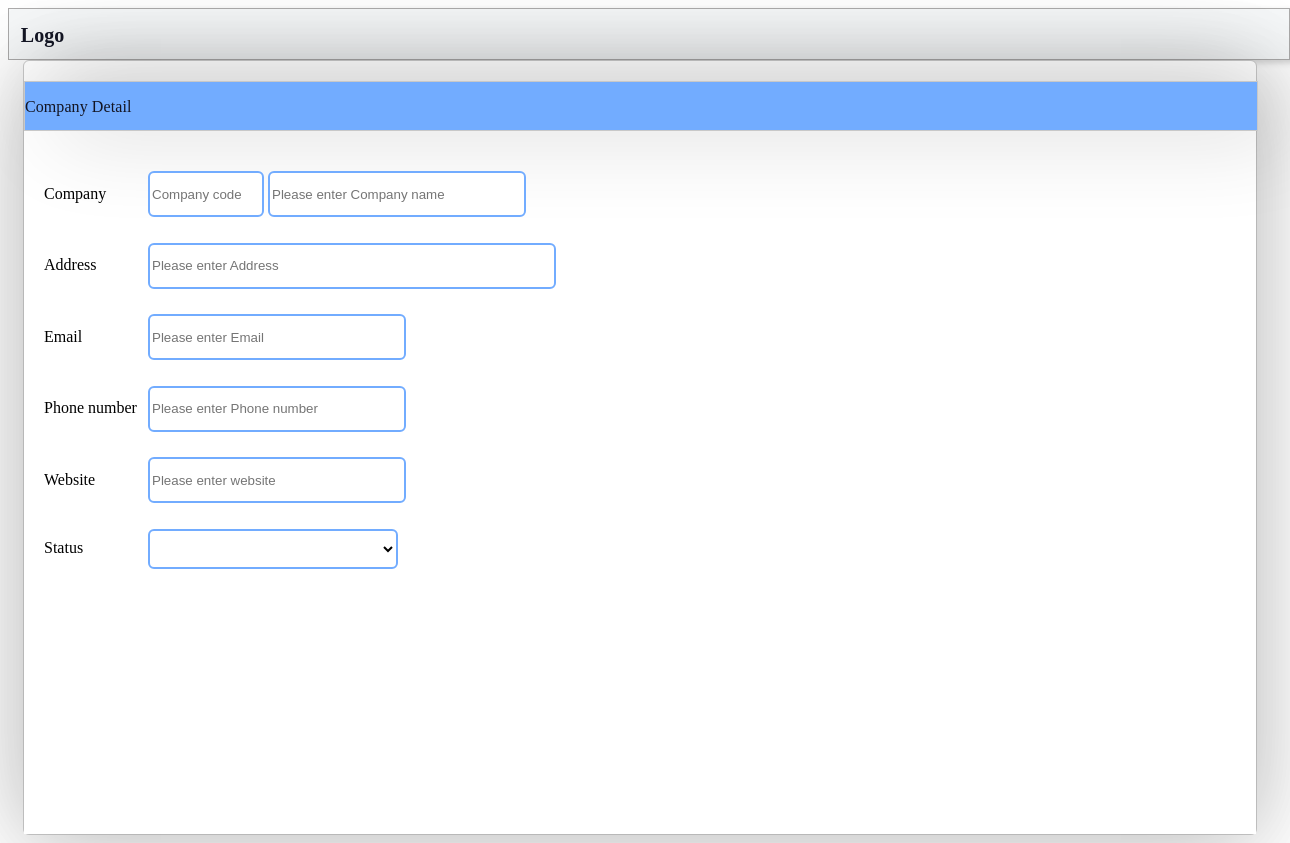
Repository: Zain1409/company
Page: client/html/CompanyDetail.html
These files come from the project's save history. The page is drawn as it stood at one moment and after a run of saves; the edit follows.
The browser window is 1280 px wide. The page is 1290 px wide, so the pictures cover 1290 px, including what lies to the right of the window. The pictures show the whole page.

Above is the page before, as saved 2021-04-08 16:23:30.
Console error: TypeError: Cannot read properties of undefined (reading 'data')

### client/html/CompanyDetail.html
<!DOCTYPE html>
<html lang="en">
<head>
    <meta charset="UTF-8">
    <meta http-equiv="X-UA-Compatible" content="IE=edge">
    <meta name="viewport" content="width=device-width, initial-scale=1.0">
    <link rel="stylesheet" href="./../css/CompanyDetail.css">
    <title>Company Detail</title>
</head>
<body>
    <div class="header">
        <p>Logo</p>
    </div>
    <div class="container">
        <div id="content">
            <div id="head">
                <p>Company Detail</p>
            </div>
            <form id="form">
                <label id="properties">Company</label> <input id="code" type="text" placeholder="Company code" style="width: 108px;"> <input id="name" type="text" placeholder="Please enter Company name">
                <br>
                <br>
                <label id="properties">Address</label> <input id="address" type="text" placeholder="Please enter Address" style="width: 400px;
                height: 40px;">
                <br>
                <br>
                <label id="properties">Email</label> <input id="email" type="text" placeholder="Please enter Email" >
                <br>
                <br>
                <label id="properties">Phone number</label> <input id="phone_number" type="text" placeholder="Please enter Phone number" >
                <br>
                <br>
                <label id="properties">Website</label> <input id="website" type="text" placeholder="Please enter website " >
                <br>
                <br>
                <label id="properties">Status</label> <select name="" id="form_select">

            </form>
            <div id="footer">
                <div id="button_left">
                    <button style="background: #11AA0C 0% 0% no-repeat padding-box;
                    border-radius: 6px;">Working</button>
                    <button style="background: #E9CB03 0% 0% no-repeat padding-box;">Pending</button>
                    <button style="background: #D31212 0% 0% no-repeat padding-box;">Stop</button>
                </div>
                <div id="button_right">
                    <button style="background: #0058FF 0% 0% no-repeat padding-box;">Update</button>
                    <button style="background: var(--unnamed-color-000000) 0% 0% no-repeat padding-box;
                    background: #000000 0% 0% no-repeat padding-box;">Back</button>
                </div>
            </div>
        </div>
        <!-- <div id="footer">
            <div id="button_left">
                <button>Working</button>
                <button>Pending</button>
                <button>Stop</button>
            </div>
            <div id="button_right">
                <button>Update</button>
                <button>Back</button>
            </div>
        </div> -->
    </div>
    <script src="https://unpkg.com/axios/dist/axios.min.js"></script>
    <script src="../js/Detail.js"></script>

</body>
</html>

### client/css/CompanyDetail.css
.header{
    width: 1280px;
    height: 50px;
    background: #F6F8F9 0% 0% no-repeat padding-box;
    box-shadow: 30px 3px 6px #00000029;
    border: 0.5px solid #ACABAB;
    opacity: 1;
    margin: auto;

}
.header p{
    width: 67px;
    height: 39px;
    text-align: left;
    font-weight: bold;
    font-size: 20px;
    color: #131523;
    opacity: 1;
    text-align: center;
    padding-top: 15px;
    margin: 0;
}
.container{
    width: 1232px;
    height: 624px;
    background: #FFFFFF 0% 0% no-repeat padding-box;
    box-shadow: 0px 3px 90px #00000029;
    border: 0.5px solid #C8C8C8;
    border-radius: 6px;
    opacity: 1;
    padding-top: 20px;
    margin: auto;
}
.container{
    margin: auto;
    width: 1232px;
    height: auto;
    padding-top: 20px;
}

#content{
    clear: both;
    width: 1232px;
    height: 753px;
    background: #FFFFFF 0% 0% no-repeat padding-box;
    box-shadow: 0px 3px 90px #00000029;
    opacity: 1;
}
#head{
    width: 1232px;
    height: 48px;
    background: #72ACFF 0% 0% no-repeat padding-box;
    box-shadow: 30px 3px 90px #00000029;
    border: 0.5px solid #C8C8C8;
    opacity: 1;
}
#head p{
    text-align: left;
    font: normal normal medium 20px/30px Poppins;
    letter-spacing: 0.08px;
    color: #131523;
    opacity: 1;
}
#form{
    width: 600px;
    float: left;
    height: 590px;
    margin: 20px;
    padding-top: 20px;

}
#form input{
    width: 250px;
    height: 40px;
    background: #FFFFFF 0% 0% no-repeat padding-box;
    border: 2px solid #72ACFF;
    border-radius: 6px;
    opacity: 1;
}
#form_select{
    clear: both;
    width: 250px;
    height: 40px;
    background: #FFFFFF 0% 0% no-repeat padding-box;
    border: 2px solid #72ACFF;
    border-radius: 6px;
    opacity: 1;
}
#properties{
    width: 100px;
    height: 40px;
    opacity: 1;
    display: inline-block;
}
#footer{
    clear: both;
    border-top: 1px solid #DEDEDE;
    padding-top: 10px;
}
#button_left{
    float: left;
    padding-left: 20px;
}
#button_right{
    float: right;
    padding-right: 20px;
}
button{
    width: 90px;
    height: 30px;
    border-radius: 6px;
    text-align: center;
    font: normal normal bold 11px/20px Helvetica;
    letter-spacing: 0px;
    color: #FFFFFF;
    opacity: 1;
}

### client/js/Detail.js
var URL = "http://localhost:8080/api/company";
const getCompanyById = async (id) => {
    let res = await axios.get(URL + '/' + id)
        .catch(function (error) {
            if (error.response) {
                console.log(error.response.data.code);
                console.log(error.response.data.message);
                console.log(error.response.data.details);
            } else if (error.request) {
                console.log(error.request);
            } else {
                console.log('Error', error.message);
            }
        });
    return res.data;
}
var main = async () => {
    let id = localStorage.getItem('id');
    let data = await getCompanyById(id);
    console.log(data);

    document.getElementById('code').value = data.code;
    document.getElementById('name').value = data.name;
    document.getElementById('address').value = data.address;
    document.getElementById('email').value = data.email;
    document.getElementById('phone_number').value = data.phoneNumber;
    document.getElementById('website').value = data.website;
    document.getElementById('form_select').value = data.status;

}
main();

After the next 2 saves:
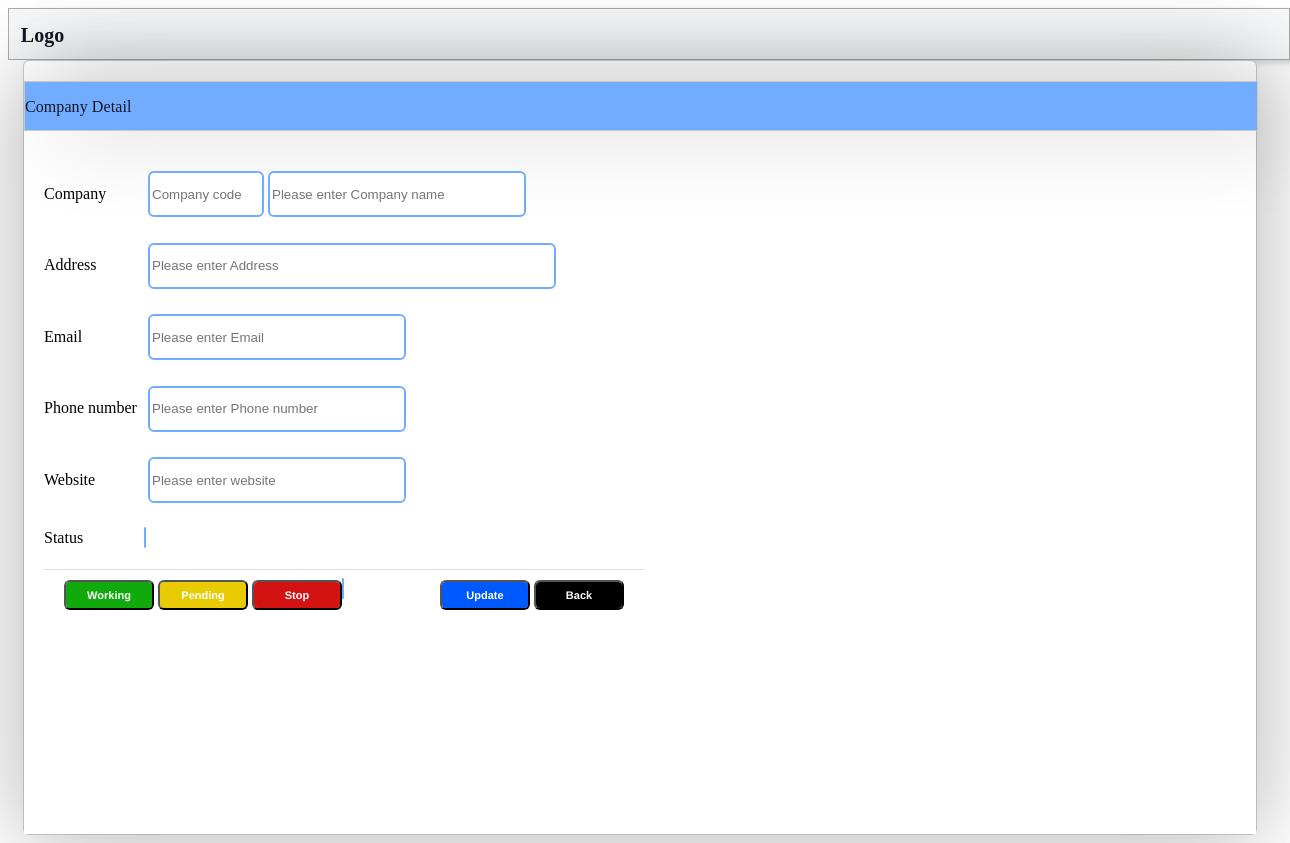
The 2 saves are shown as one change because they came seconds apart.
The last was saved 8 s later.
--- a/client/html/CompanyDetail.html
+++ b/client/html/CompanyDetail.html
@@ -33,7 +33,7 @@
                 <label id="properties">Website</label> <input id="website" type="text" placeholder="Please enter website " >
                 <br>
                 <br>
-                <label id="properties">Status</label> <select name="" id="form_select">
+                <label id="properties">Status</label> <label name="" id="form_select">
 
             </form>
             <div id="footer">
